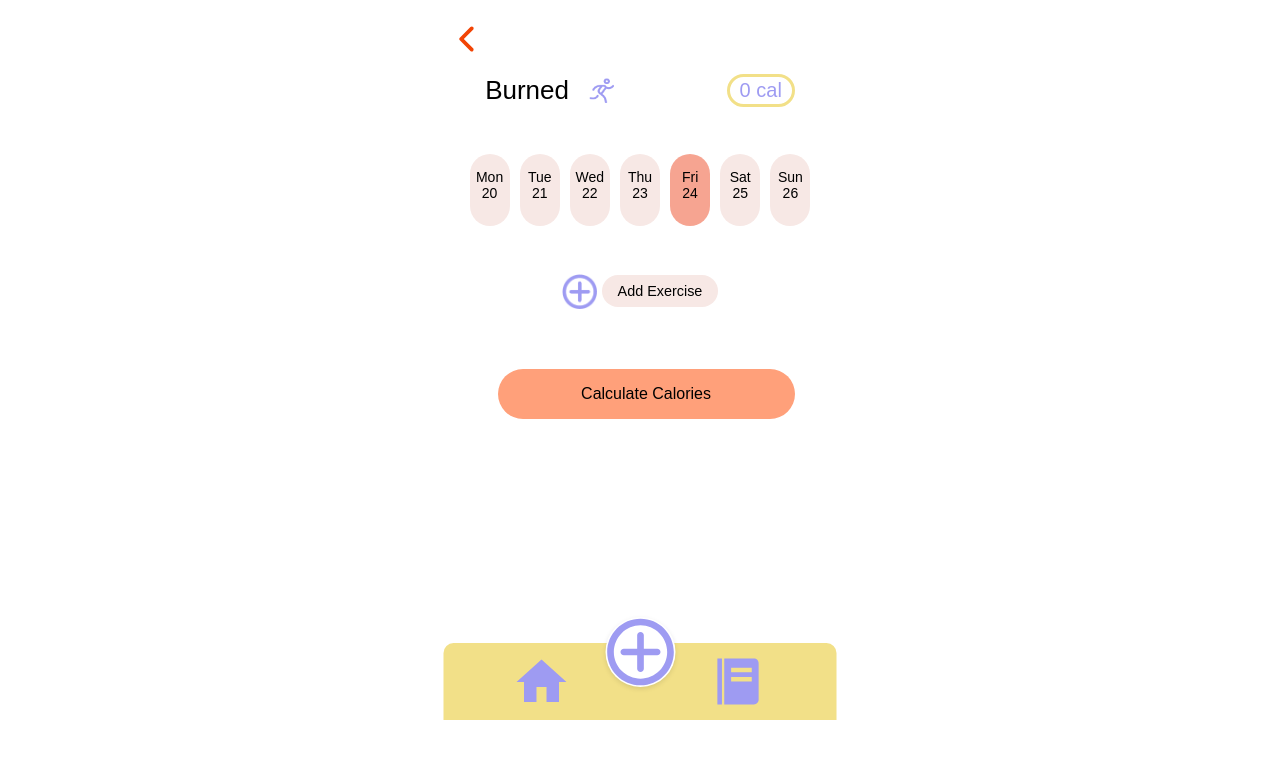
Repository: MeowCeline00/G5-Calorie-Tracker
Page: burnedAddPage/index.html
The author's editor kept a copy of each file at every save. The page is drawn from the files as they stood at one save, then again after the next save.
The browser window is 1280 px wide. The pictures show the whole page.

Above is the page before, as saved 2024-05-26 07:41:09.
Console error: ReferenceError: renderLandingPage is not defined

After the next save:
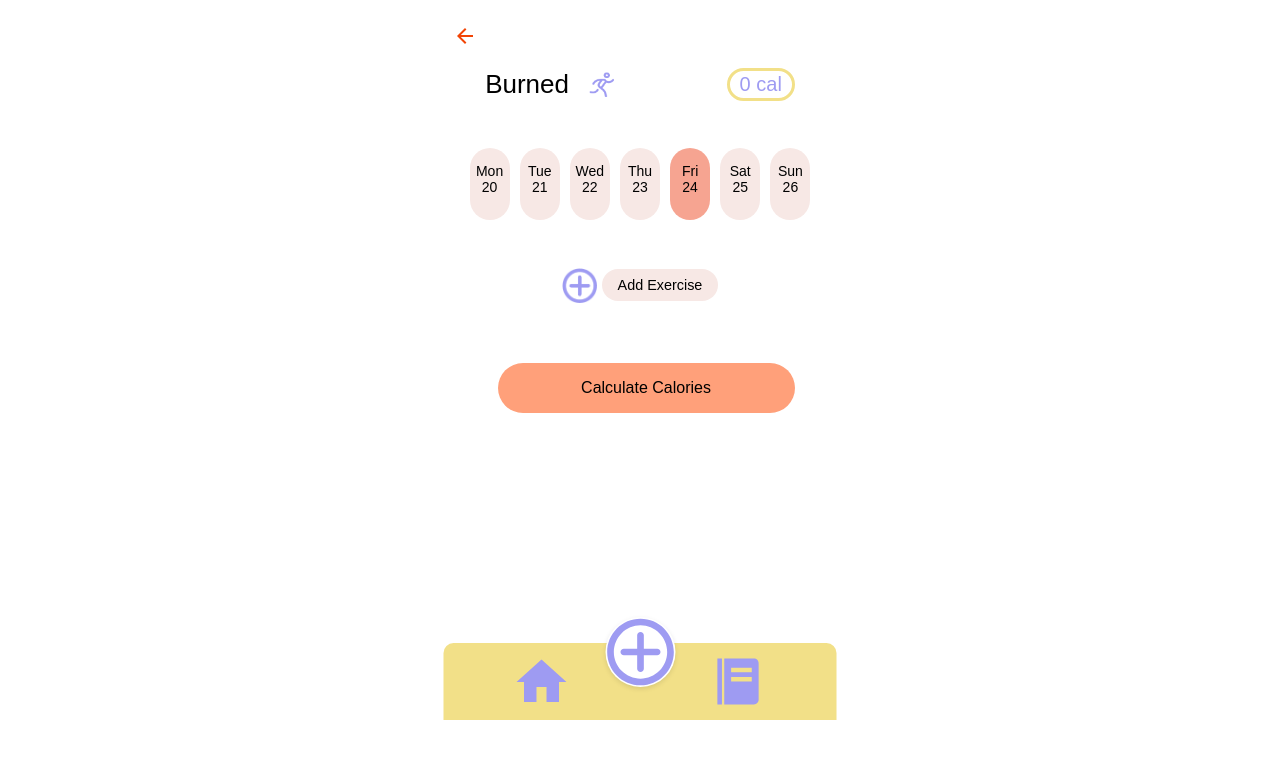
Saved 15 s later.
--- a/burnedAddPage/index.html
+++ b/burnedAddPage/index.html
@@ -9,7 +9,7 @@
 </head>
 <body>
   <div class="container">
-    <a href="/addPage/Add.html" ><img src="/images/prevButton.svg" ></a>
+    <a href="/addPage/Add.html" ><img src="/images/back_button.svg" width="24" height="24" ></a>
     <header class="header">
       <h1 class="title">Burned</h1>
       <img src="/images/burned.png" alt="Add Icon" width="25" height="25">
